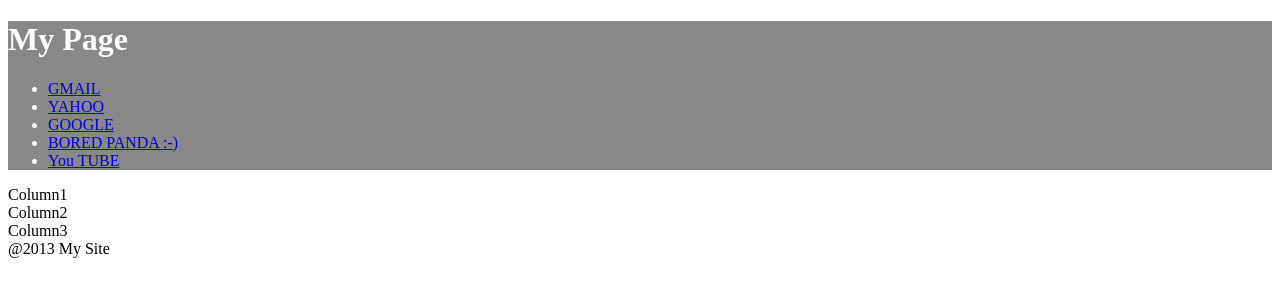
Repository: ShubhankarRaj/JavaCodingPractise
Page: Eclipse Workspace/myProject/src/htmlFiles/First.html
These files come from the project's save history. The page is drawn as it stood at one moment and after the next save; the edit follows.
The browser window is 1280 px wide. The pictures show the whole page.

Above is the page before, as saved 2014-06-03 18:34:39.

After the next save:
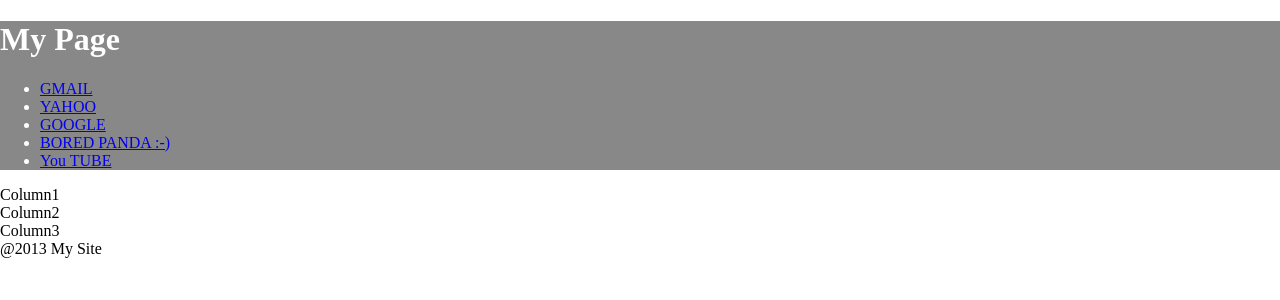
Saved 24 min 40 s later.
--- a/Eclipse Workspace/myProject/src/htmlFiles/main.css
+++ b/Eclipse Workspace/myProject/src/htmlFiles/main.css
@@ -1,4 +1,7 @@
 @CHARSET "ISO-8859-1";
+body{
+	margin:0;
+}
 header{
 	background: #888;
 	color: white;
